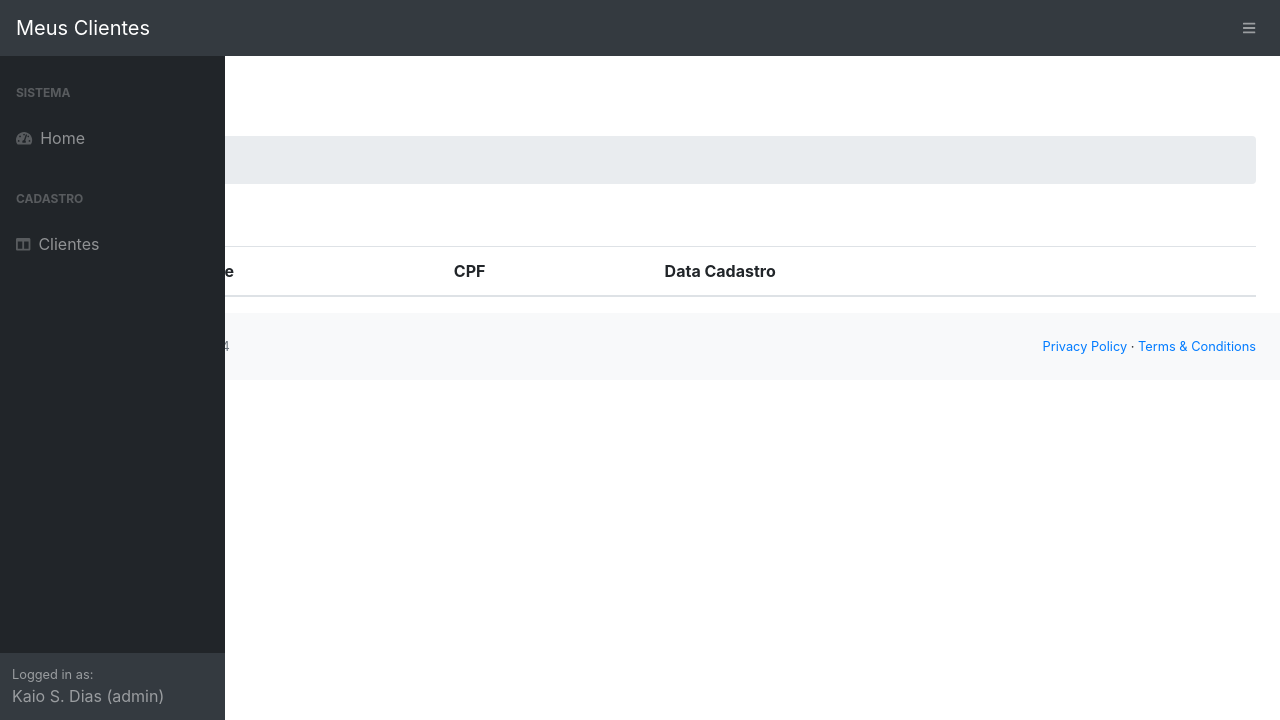
Repository: Kaio-Dias/Angular-Springboot
Page: /users-list (app in Frontend/clients-app/)
These files come from the project's save history. The page is drawn as it stood at one moment and after the next save; the edit follows.
The browser window is 1280 px wide. The pictures show the whole page.
Some web libraries are served in a nearby version. The project was rebuilt for these pictures with package versions that can differ from the ones it lists, and the page was loaded fresh each time. Also part of the build but not shown: Frontend/clients-app/angular.json, Frontend/clients-app/src/app/users/users-form/users-form.component.ts, Frontend/clients-app/src/app/home/home.component.ts.

Above is the page before, as saved 2024-07-09 11:45:40.

After the next save:
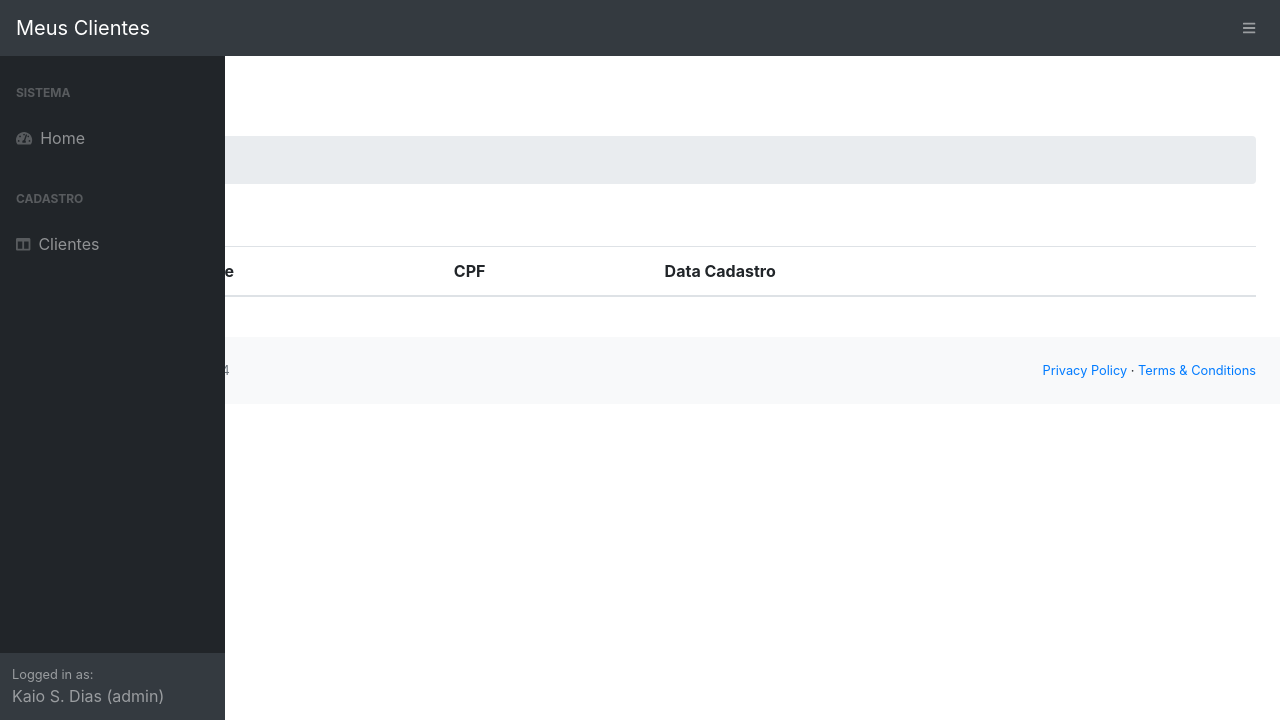
Saved 46 s later.
--- a/Frontend/clients-app/src/app/users/users-list/users-list.component.html
+++ b/Frontend/clients-app/src/app/users/users-list/users-list.component.html
@@ -24,7 +24,13 @@
                 </tr>
             </thead>
             <tbody>
-
+                <tr *ngFor="let user of users">
+                    <td></td>
+                    <td></td>
+                    <td></td>
+                    <td></td>
+                    <td></td>
+                </tr>
             </tbody>
         </table>
     </div>
